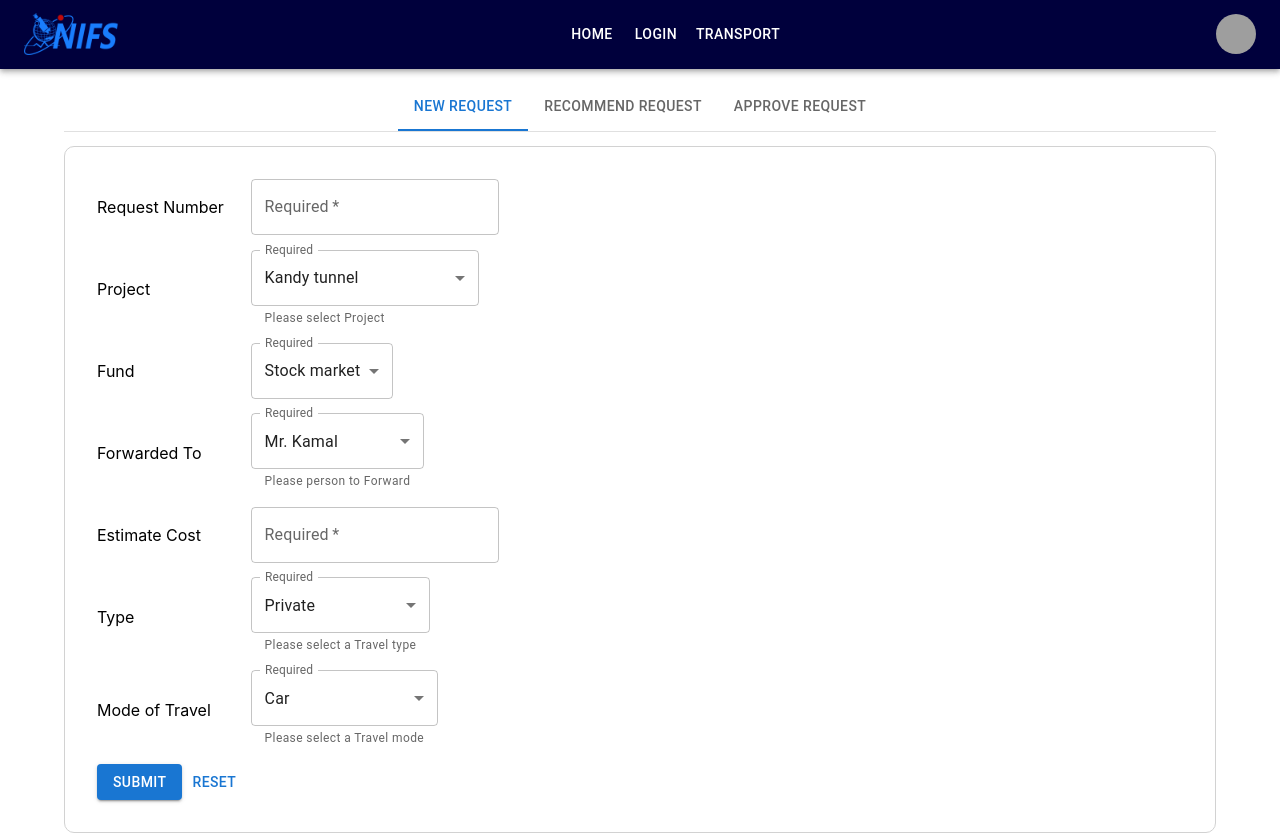
Repository: Ravindu97/NIFS_WebApplication
Page: /transport (app in client/)
An editor plug-in stored every save of this project. The page is shown before and after the next save, followed by the edit.
The browser window is 1280 px wide. The pictures show the whole page.
Pictures or frames that could not be fetched are drawn as grey boxes. The project was rebuilt for these pictures with package versions that can differ from the ones it lists, and the page was loaded fresh each time. Also part of the build but not shown: client/src/pages/Home.js, client/src/pages/Login.js, client/src/components/Transport/RecommendedRequest.js, client/src/components/Transport/ApproveRequest.js.

Above is the page before, as saved 2022-07-01 00:13:42.

After the next save:
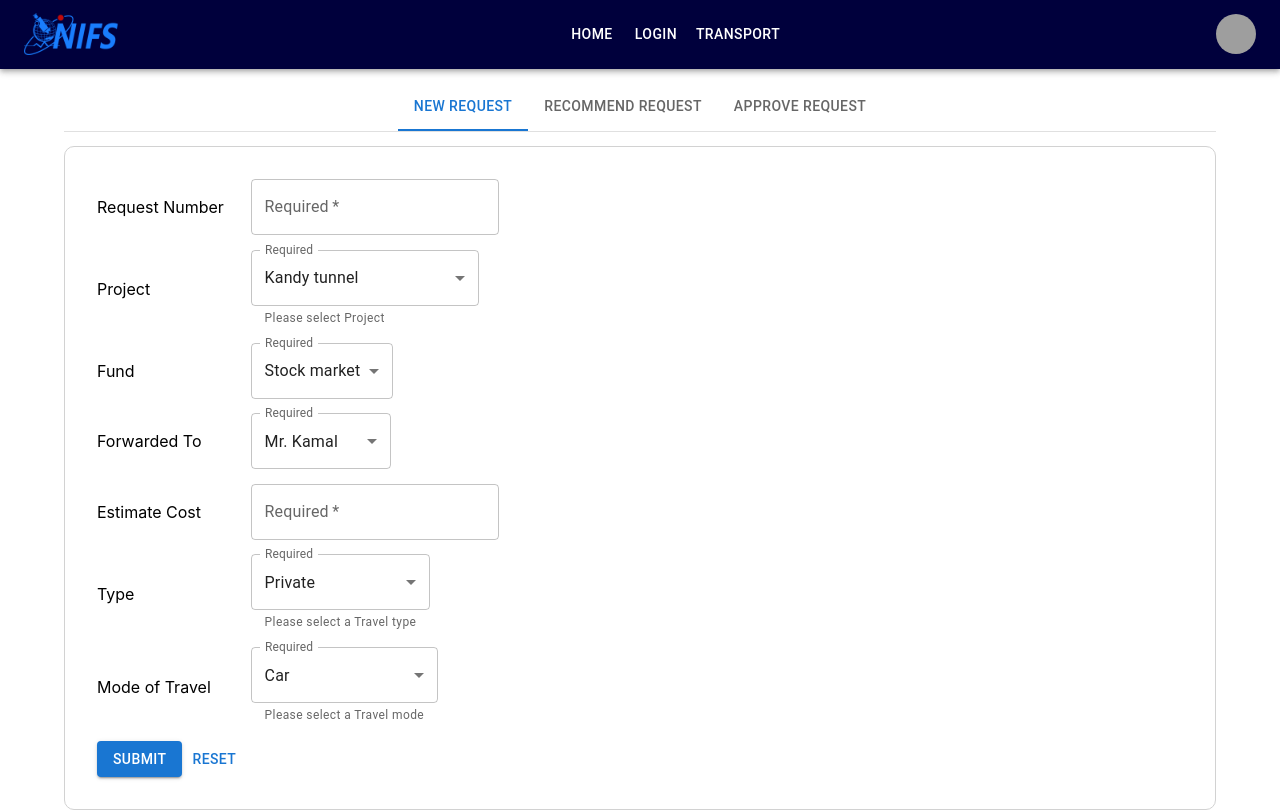
Saved 11 s later.
--- a/client/src/components/Transport/NewRequest.js
+++ b/client/src/components/Transport/NewRequest.js
@@ -102,7 +102,6 @@ function NewRequest() {
 						SelectProps={{
 							native: true,
 						}}
-						helperText="Please person to Forward"
 					>
 						{forwardedTo.map((option) => (
 							<option key={option.id} value={option.value}>
